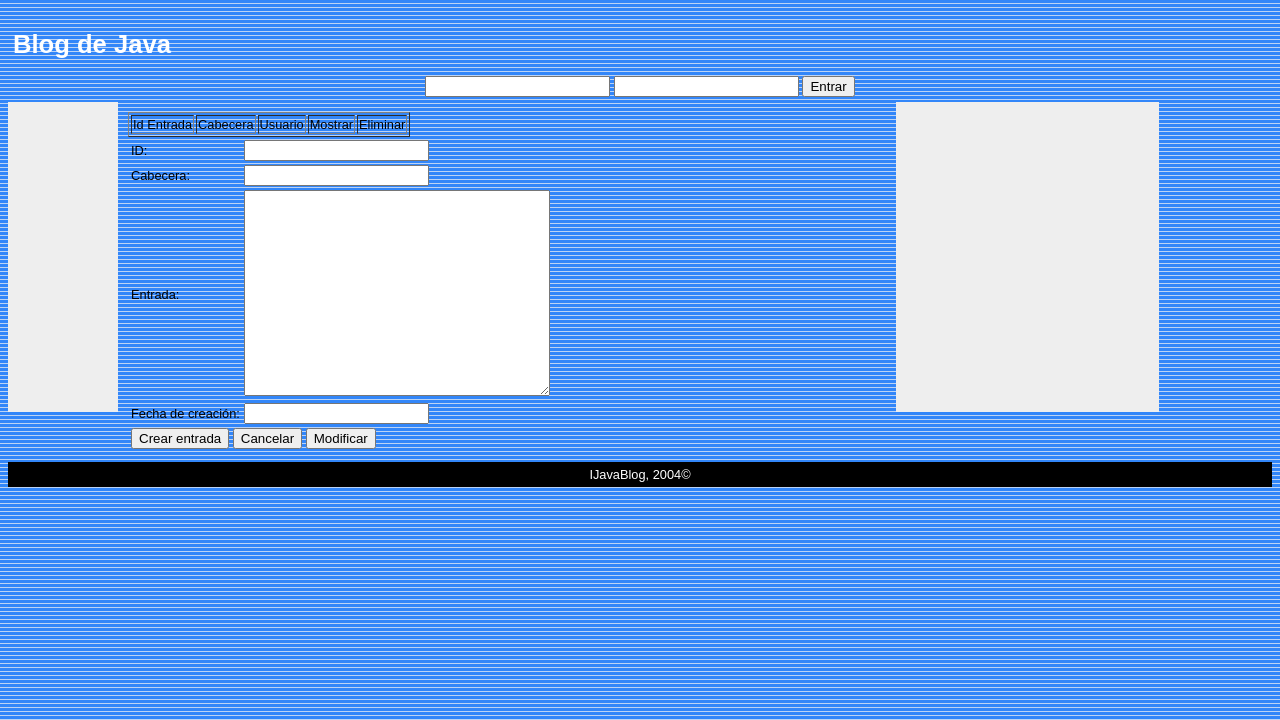
Repository: alruis/IJavaDreamBlog
Page: http://localhost/IJavaBlog/jsp/blog/inicio.jsp
The author's editor kept a copy of each file at every save. The page is drawn from the files as they stood at one save, then again after the next save.
The browser window is 1280 px wide. The pictures show the whole page.
The page is served by Tomcat 9. Nobody is signed in. The application's start-up code is not run. Other server files are loaded and not shown. The template is opened directly, without the code that normally fills it, so the values that code supplies are empty.

Above is the page before, as saved 2014-09-25 15:59:11.
Console error: ReferenceError: init is not defined

### IJavaBlog/WebContent/jsp/blog/inicio.jsp
<%@ page language="java" contentType="text/html; charset=UTF-8"
    pageEncoding="UTF-8"%>
     <%@page import="model.Entrada"%>
 <%@page import="java.util.List"%>
<%@ taglib prefix="c" uri="http://java.sun.com/jsp/jstl/core" %>
<%@ taglib prefix="form" uri="http://www.springframework.org/tags/form" %>
<!DOCTYPE html>
<html>
<head>
	<meta charset="UTF-8">
	<title>IJavaBlog</title>
	<!-- <link href="css/comun.css" rel="stylesheet" type="text/css" />  -->
	<!-- <link href="css/bootstrap.css" rel="stylesheet" type="text/css" />   -->
	<link href="css/ijavablog.css" rel="stylesheet" type="text/css" />




	<script>

	const AGREGAR = 0;
		const MODIFICAR = 1;

		var confirmar = function() {
			var confirmado = confirm("Seguro que deseas eliminar la entrada?");
			return confirmado; // true o false
		};

		var guardar = function(op) {
			var form = document.forms.entradaForm;

			if (op == AGREGAR)
				form.action = "agregarEntrada.blog";
			else if (op == MODIFICAR)
				form.action = "modificarEntrada.blog";

			form.submit();
		};



	</script>


</head>
<body  onload="init()">


	<div id="cabecera" class="cabecera"><%@ include file="cabecera.jsp" %></div>

		<div id="errores">
		<c:forEach var="e" items="${errores}">
			${e}<br/>
		</c:forEach>

</div>
	<div id="body" class="cuerpo" >

	<div id="navegacion" class="navegacion"></div>

	<div id="entradas" class="entradas" >
		<table id="tablaEntradas" border="1">


		<tbody id="tbodyEntradas" >
		<thead>
		<tr><td>Id Entrada</td>
		<td>Cabecera</td>
		<td>Usuario</td>
		<td>Mostrar</td>
		<td>Eliminar</td></tr>

		</thead>
		<%
			// Obteniendo personas que son enviadas desde el Controlador
			List<Entrada> entradas = (List<Entrada>)
			request.getAttribute("entradas");

			if (entradas != null) {
				int num = 1;
				for (Entrada ent : entradas) {
		%>

					<tr>

						<td><%= ent.getIdEntrada() %></td>
						<td><%= ent.getCabeceraEntrada() %></td>
						<td>Creada por el usuario: <%= ent.getIdusuario() %></td>
						<td><a href="mostrar.blog?idEntrada=<%= ent.getIdEntrada() %>"> Mostrar	</a>
						</td>
						<td><a
								href="eliminar.blog?idEntrada=<%= ent.getIdEntrada() %>"
								onclick="return confirmar()" >Eliminar
							</a>
						</td>
					</tr>

		<%
				}
			}
		%>
		</tbody>
	</table>


	<!--   <h1>Crear entrada</h1> -->
	<form:form action="agregarEntrada.blog" commandName="entradaForm" method="post">
		<table>
		<tr>
				<td>ID:</td>
				<td><form:input path="idEntrada" readonly="true" /> </td>
			</tr>
			<tr>
				<td>Cabecera:</td>
				<td><form:input path="cabeceraEntrada"/> </td>
			</tr>
			<tr>
				<td>Entrada:</td>
				<td><form:textarea cssStyle="width:300px;height:200px" path="entrada" /> </td>
			</tr>

			<tr>
				<td>Fecha de creación:</td>
				<td><form:input path="fechaCreacion"/> </td>
			</tr>
			<tr>
				<td colspan="2">
					<input type="submit" value="Crear entrada"/>
					<!-- <input type="button" value="Agregar entrada" onclick="guardar(AGREGAR)"/> -->
				<input type="button" value="Cancelar" onclick="window.location.href='inicio.blog'"/>
				<input type="button" value="Modificar" onclick="guardar(MODIFICAR)"/>
				</td>
			</tr>
		</table>
	</form:form>
	</div> <!--  Cierre de div de entradas -->

	<div id="enlaces" class="enlaces"></div>
	</div> <!--  Cierre de div de body -->

	<div class="pie">
	<%@ include file="pie.jsp" %>
	</div>

</body>
</html>

### IJavaBlog/WebContent/jsp/blog/cabecera.jsp
<%@ page language="java" contentType="text/html; charset=UTF-8"
    pageEncoding="UTF-8"%>
<%@ taglib prefix="c" uri="http://java.sun.com/jsp/jstl/core" %>

<!--  <link href="css/cabecera.css" rel="stylesheet" type="text/css" /> -->
<div id="cabecera">
	<form action="autenticar.blog" method="post">
	<div onclick="javascript:location.href='index.blog'"><h1>Blog de Java</h1></div>
	<div>
		<c:choose>
			<c:when test="${empty sessionScope.usuario}">
				<input type="text" name="correo" />
				<input type="text" name="clave" />
				<input type="submit" value="Entrar" />
			</c:when>
			<c:otherwise>
			<span style="text-align: right;">
				Bienvenido, ${sessionScope.usuario.correo }
				<a href="cerrarSesion.blog">Cerrar sesión</a>
			</span>
			</c:otherwise>
		</c:choose>
	</div>
	</form>
</div>

### IJavaBlog/WebContent/jsp/blog/pie.jsp
<%@ page language="java" contentType="text/html; charset=UTF-8"
    pageEncoding="UTF-8"%>
<div id="pie">
	IJavaBlog, 2004&copy;
</div>

### IJavaBlog/WebContent/css/ijavablog.css
h1 {
	text-align: left;
}

html{
	font-family:Arial, Helvetica, sans-serif;
	font-size:80%;
	background:url("/img/FondoCabecera.png") repeat top;
}

#body {
	clear: both;
	background:url("/img/FondoCabecera.png") repeat top;
}

#registrarUsuario {
	text-align: right;
}


td.entradas{
	text-align: left;
	}


	div.cabecera{
	background:black  url("/img/FondoCabecera.png") repeat top;

    color:white;
    text-align:center;
    padding:5px;
	}

	div.cuerpo{

	}

	div.enlaces{
 	line-height:30px;
    background-color:#eeeeee;
    height:300px;
    width:20%;
    float:left;
    padding:5px;

	}
	div.entradas{
	width:60%;
    float:left;
    padding:10px;

	}

	div.navegacion{
	 line-height:20%;
    background-color:#eeeeee;
    height:300px;
    width:100px;
    float:left;
    padding:5px;
	}




	div.pie{
	 background-color:black;
    color:white;
    clear:both;
    text-align:center;
   padding:5px;

	}

Loaded but not shown: IJavaBlog/WebContent/css/bootstrap.css (library)

After the next save:
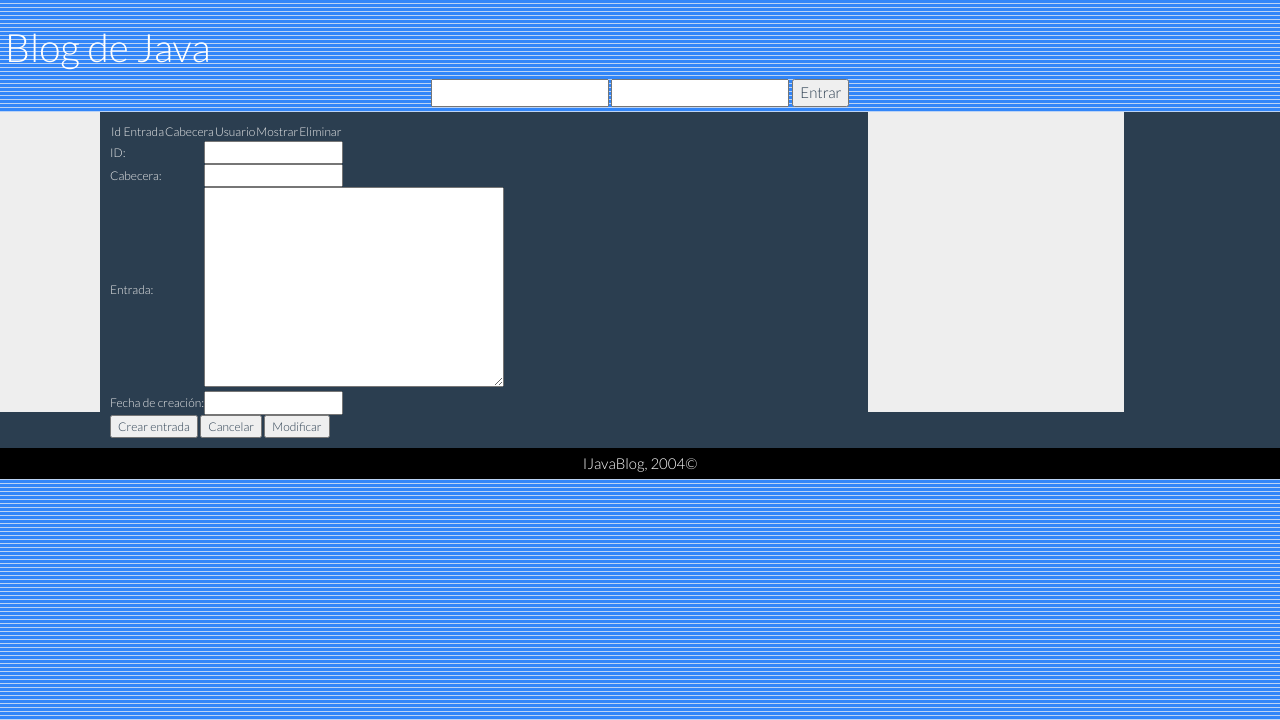
Saved 16 h 26 min later.
--- a/IJavaBlog/WebContent/jsp/blog/inicio.jsp
+++ b/IJavaBlog/WebContent/jsp/blog/inicio.jsp
@@ -10,7 +10,7 @@
 	<meta charset="UTF-8">
 	<title>IJavaBlog</title>
 	<!-- <link href="css/comun.css" rel="stylesheet" type="text/css" />  -->
-	<!-- <link href="css/bootstrap.css" rel="stylesheet" type="text/css" />   -->
+	<link href="css/bootstrap.css" rel="stylesheet" type="text/css" />
 	<link href="css/ijavablog.css" rel="stylesheet" type="text/css" />
 
 
